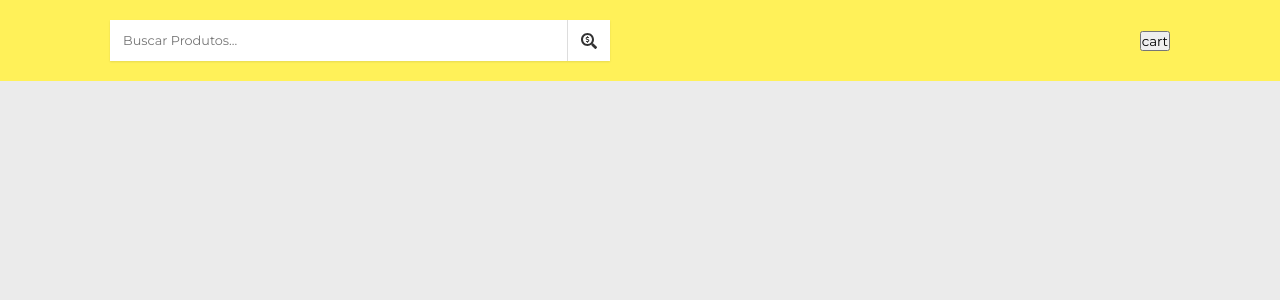
Repository: Gab23Oli/Projeto-de-Conclus-o---Shopping-Cart
Page: /
An editor plug-in stored every save of this project. The page is shown before and after the next save, followed by the edit.
The browser window is 1280 px wide. The pictures show the whole page.
The project was rebuilt for these pictures with package versions that can differ from the ones it lists, and the page was loaded fresh each time.

Above is the page before, as saved 2024-01-25 13:33:12.

### public/index.html
<!DOCTYPE html>
<html lang="en">
  <head>
    <meta charset="utf-8" />
    <meta name="viewport" content="width=device-width, initial-scale=1" />
    <title>Shopping Cart</title>
  </head>
  <body>
    <noscript>You need to enable JavaScript to run this app.</noscript>
    <div id="root"></div>
  </body>
</html>

### src/index.css
@import url('https://fonts.googleapis.com/css2?family=Montserrat:ital,wght@0,100;0,200;0,300;0,400;0,500;0,600;0,700;0,800;0,900;1,100;1,200;1,300;1,400;1,500;1,600;1,700;1,800;1,900&display=swap');

* {
  margin: 0;
  padding: 0;
  box-sizing: border-box;
  font-family: "Montserrat", sans-serif;
}

body {
  background-color: #ebebeb ;
}

.container {
  max-width: 1100px;
  margin: 0 auto;
}

### src/App.js
import React from "react";
import Header from "./components/Header/Header";

function App() {
  return (
    <div>
      <Header />
    </div>
  );
}

export default App;

### src/components/Header/Header.jsx
import React from "react";
import SearchBar from "./SearchBar/SearchBar";

import "./Header.css";

function Header () {
  return (
    <header className="header">
      <div className="container">
        <SearchBar />
        <button>cart</button>
      </div>
    </header>
  );
}

export default Header;

### src/components/Header/SearchBar/SearchBar.jsx
import React, {useState} from "react";
import { FaSearchDollar } from "react-icons/fa";

import "./SearchBar.css";

function SearchBar() {

  const [searchValue, setSearchValue] = useState("");

  return (
    <form className="search-bar">
      <input type="search" placeholder="Buscar Produtos..." className="search__input" required/>

      <button type="submit" className="search__button">
        <FaSearchDollar />
      </button>
    </form>
  );
}

export default SearchBar;

### src/components/Header/Header.css
.header {
  background-color: #fff159;
  position: fixed;
  width: 100%;
}

.header > div {
  display: flex;
  justify-content: space-between;
  align-items: center;
  padding: 20px;
}

### src/components/Header/SearchBar/SearchBar.css
.search-bar {
  display: flex;
  background-color: white;
  width: 100%;
  max-width: 500px;
  justify-content: space-between;
  box-shadow: 0 1px 2px 0 rgba(0, 0, 0, 0.1);
  gap: 13px;
  padding-right: 13px;
}

.search__input {
  padding: 13px;
  flex-grow: 1;
  border:none;
  outline: none;
  font-size: 0.8rem;
  font-weight: 500px;
  border-right: 1px solid #ddd;
}

.search__button {
  background: none;
  border: none;
  font-size: 1rem;
  display: flex;
  align-items: center;
  justify-content: center;
  color:#333
}

Loaded but not shown: src/index.js (common file)

After the next save:
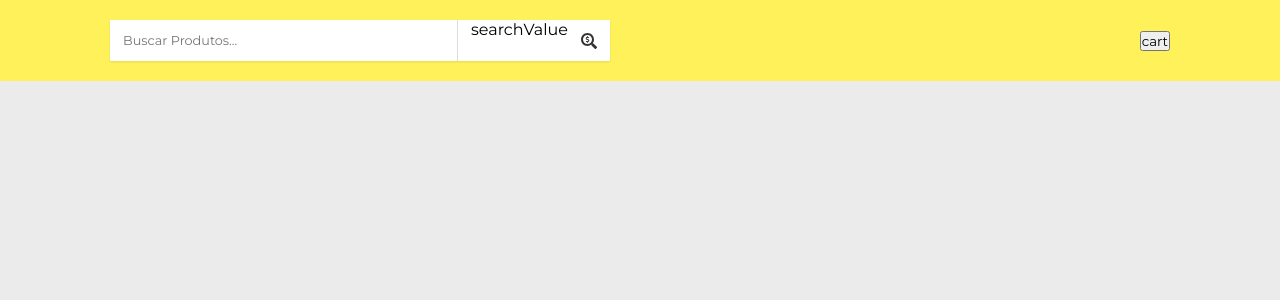
Saved 15 s later.
--- a/src/components/Header/SearchBar/SearchBar.jsx
+++ b/src/components/Header/SearchBar/SearchBar.jsx
@@ -10,7 +10,7 @@
   return (
     <form className="search-bar">
       <input type="search" placeholder="Buscar Produtos..." className="search__input" required/>
-
+      searchValue
       <button type="submit" className="search__button">
         <FaSearchDollar />
       </button>

After the save that followed:
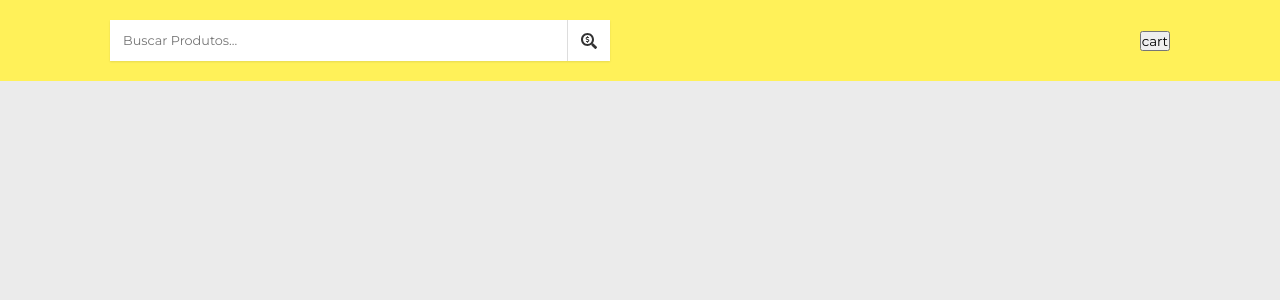
Saved 31 s later.
--- a/src/components/Header/SearchBar/SearchBar.jsx
+++ b/src/components/Header/SearchBar/SearchBar.jsx
@@ -10,7 +10,7 @@
   return (
     <form className="search-bar">
       <input type="search" placeholder="Buscar Produtos..." className="search__input" required/>
-      searchValue
+      { searchValue }
       <button type="submit" className="search__button">
         <FaSearchDollar />
       </button>
